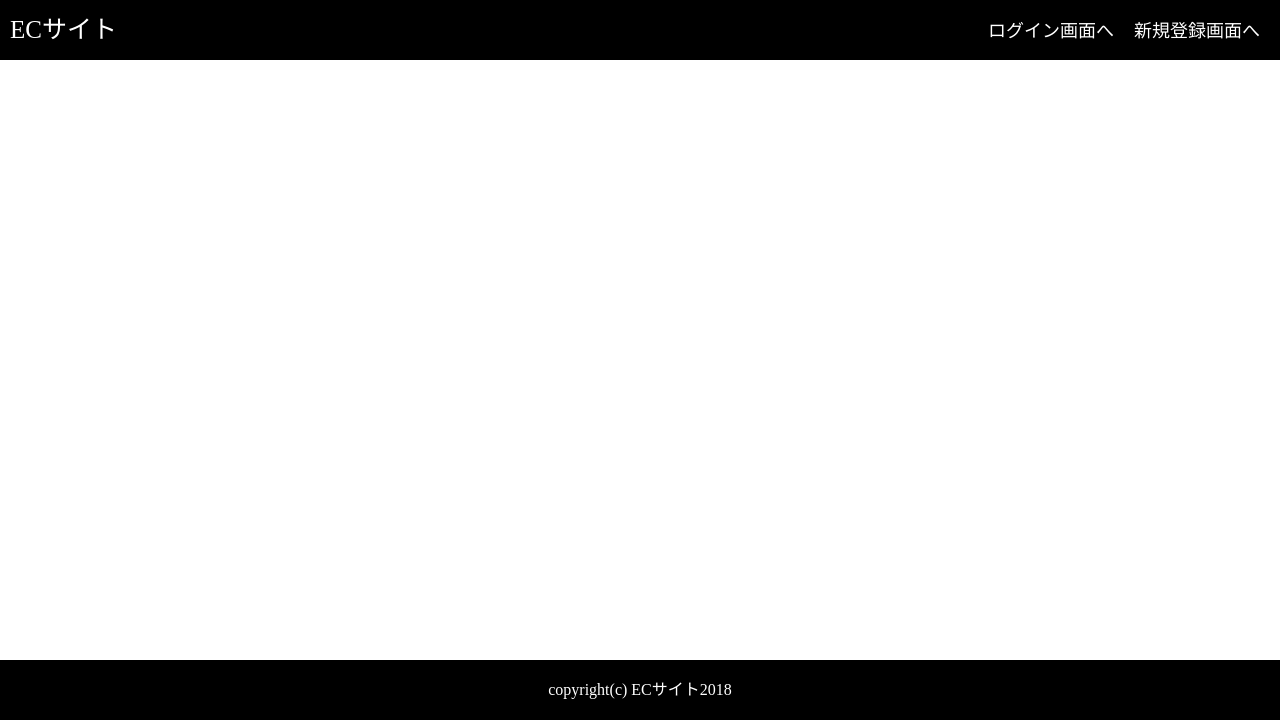
Repository: nyanya02/ECsite
Page: http://localhost/ECsite/signupConfirm.jsp
These files come from the project's save history. The page is drawn as it stood at one moment and after the next save; the edit follows.
The browser window is 1280 px wide. The pictures show the whole page.
The page is served by Tomcat 9.

Above is the page before, as saved 2018-04-26 05:29:36.

After the next save:
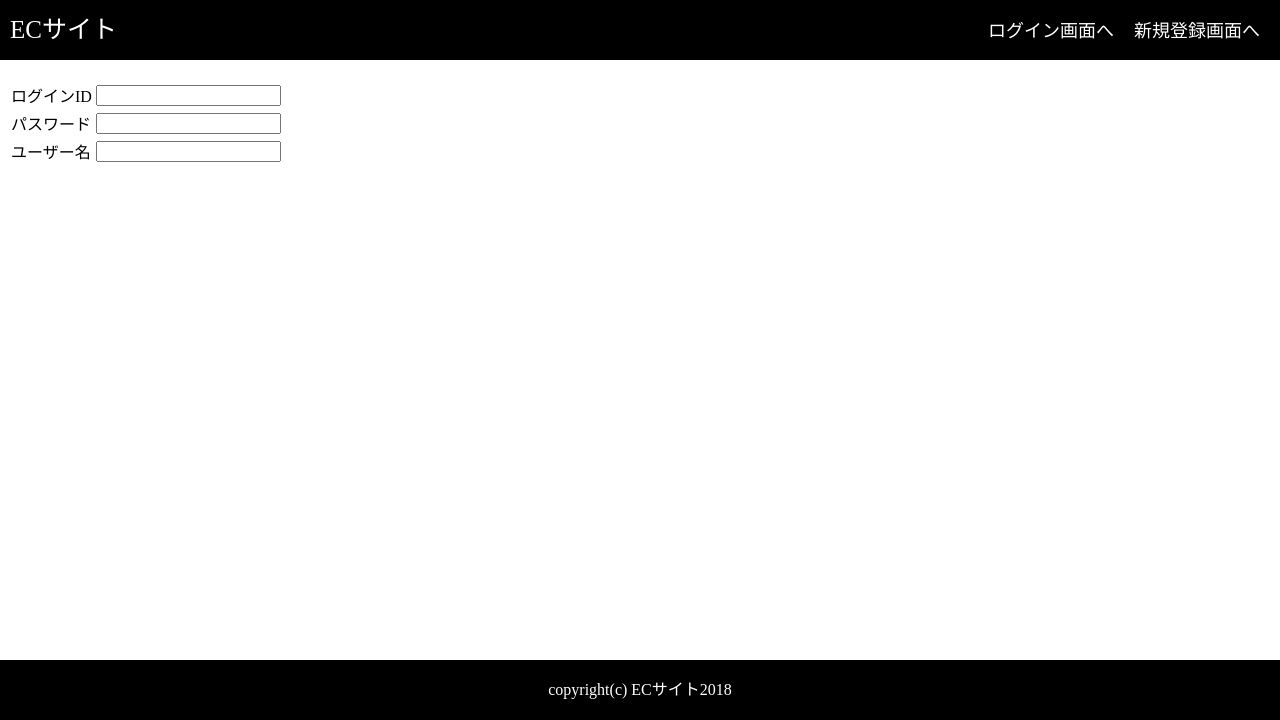
Saved 41 s later.
--- a/ECsite/WebContent/signupConfirm.jsp
+++ b/ECsite/WebContent/signupConfirm.jsp
@@ -16,7 +16,7 @@
 
 <style>
 
-header{
+#header{
     position:absolute;
     top:0;
     left:0;
@@ -25,7 +25,7 @@
     background-color: black;
 }
 
-header .logo{
+#header #logo{
     float: left;
     width:200px;
     padding-left: 10px;
@@ -34,12 +34,12 @@
     line-height: 60px;
 }
 
-header ul{
+#header ul{
     float: right;
     line-height: 30px;
 }
 
-header ul li{
+#header ul li{
     float: left;
     list-style: none;
     padding-right: 20px;
@@ -47,23 +47,31 @@
     font-size: 18px;
 }
 
-.logo a{
+#logo a{
     text-decoration: none;
     color: white;
 }
-.logo a:hover{
+#logo a:hover{
     color: #E6E6E6;
 }
 
-header li a{
+#header li a{
     text-decoration: none;
     color: white;
 }
-header li a:hover{
+#header li a:hover{
     color: #E6E6E6;
 }
 
-footer{
+#main{
+    float: clear;
+    position: absolute;
+    top: 30px;
+    margin-top:50px;
+    width: 100%;
+}
+
+#footer{
     clear:both;
     width: 100%;
     height: 60px;
@@ -76,26 +84,47 @@
     line-height: 60px;
 }
 
+
 </style>
 
 </head>
 <body>
 
-		<header>
-            <div class="logo"><a href='<s:url action="GoHomeAction"/>'>ECサイト</a></div>
+		<div id="header">
+            <div id="logo"><a href='<s:url action="GoHomeAction"/>'>ECサイト</a></div>
             <ul>
                 <li><a href='<s:url action="GoSignInAction"/>'>ログイン画面へ</a></li>
                 <li><a href='<s:url action="GoSignUpAction"/>'>新規登録画面へ</a></li>
             </ul>
-        </header>
+        </div>
 
         <div id="main">
-        	<p>新規登録確認画面</p>
+        	<table>
+        		<s:form action="CreateUserAction">
+
+					<tr>
+						<td><label>ログインID</label></td>
+						<td><input type="text" name="loginUserId" value=""></td>
+					</tr>
+					<tr>
+						<td><label>パスワード</label></td>
+						<td><input type="text" name="loginPassword" value=""></td>
+					</tr>
+					<tr>
+						<td><label>ユーザー名</label></td>
+						<td><input type="text" name="userName" value=""></td>
+					</tr>
+
+
+            	</s:form>
+
+        	</table>
+
         </div>
 
-        <footer>
+        <div id="footer">
             copyright(c) ECサイト2018
-        </footer>
+        </div>
 
 </body>
 </html>
